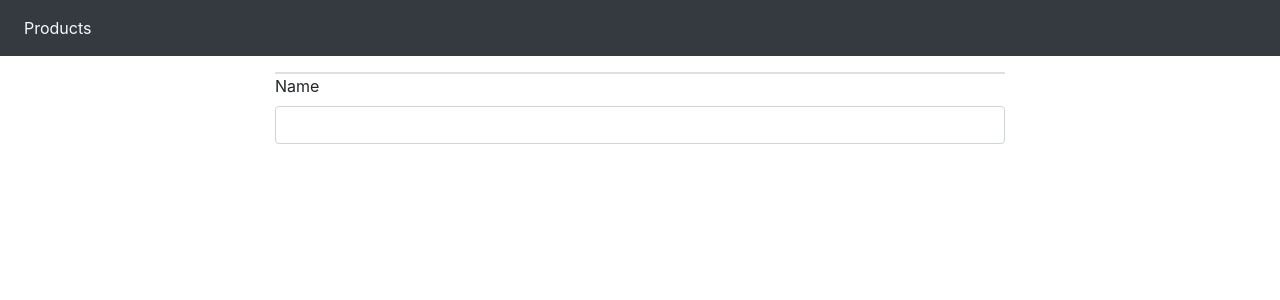
Repository: Aniksaha19/curd
Page: http://localhost/product/create
The author's editor kept a copy of each file at every save. The page is drawn from the files as they stood at one save, then again after the next save.
The browser window is 1280 px wide. The pictures show the whole page.
The page is served by the project's Laravel application, run on PHP 8.4 with Laravel 10.

Above is the page before, as saved 2023-06-01 16:42:30.

After the next save:
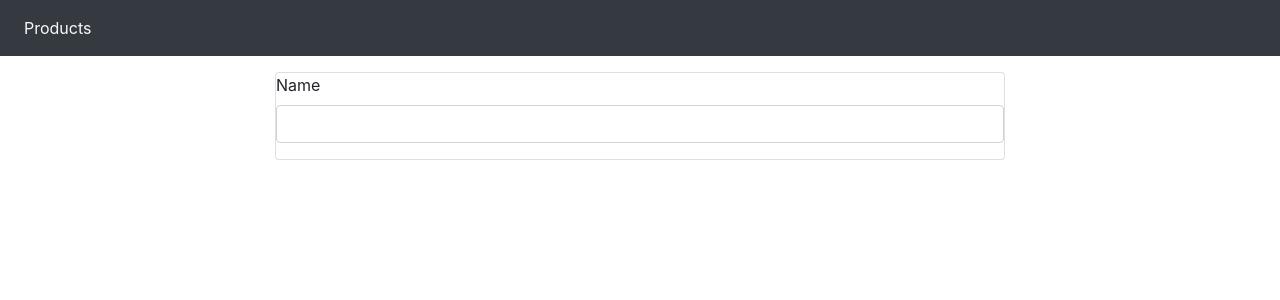
Saved 4 s later.
--- a/resources/views/products/create.blade.php
+++ b/resources/views/products/create.blade.php
@@ -23,7 +23,7 @@
            <div class="container">
                 <div class="row justify-content-center">
                     <div class="col-sm-8">
-                        <div class="card mt-3"></div>
+                        <div class="card mt-3">
                         <form method="POST">
                             @csrf
                             <div class="form-group">
